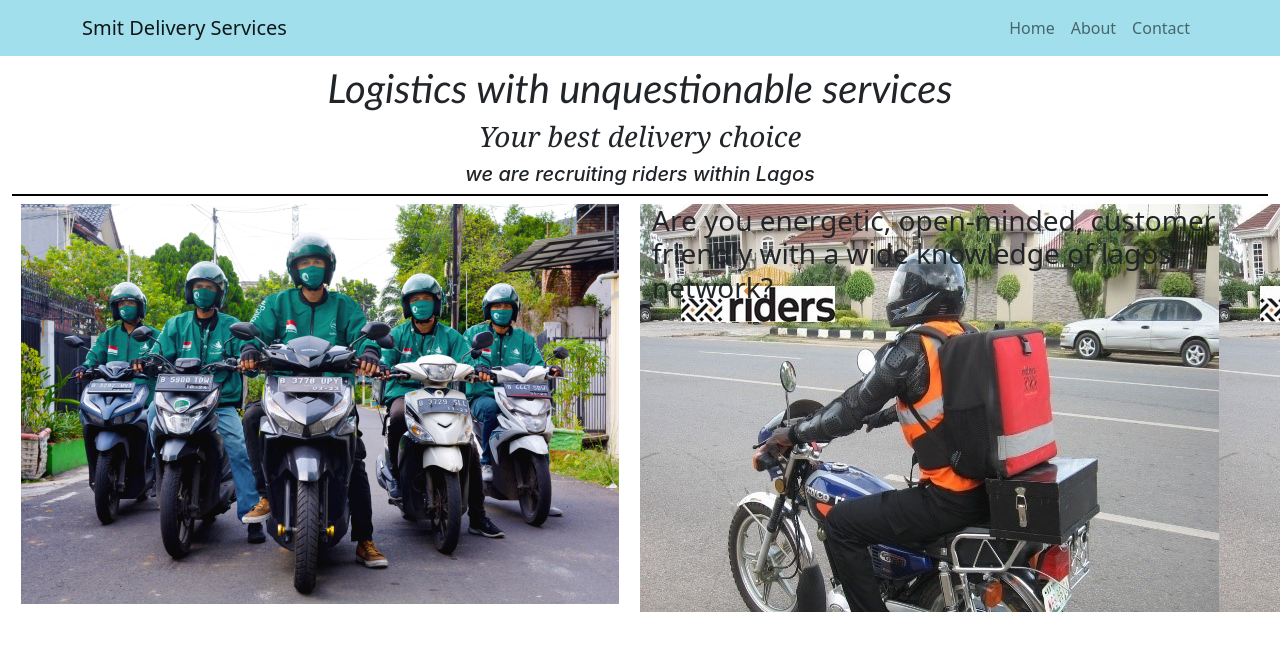
Repository: smit1298/logistic
Page: /
These files come from the project's save history. The page is drawn as it stood at one moment and after a run of saves; the edit follows.
The browser window is 1280 px wide. The pictures show the whole page.
The project was rebuilt for these pictures with package versions that can differ from the ones it lists, and the page was loaded fresh each time.

Above is the page before, as saved 2021-10-04 08:40:34.

After the next 2 saves:
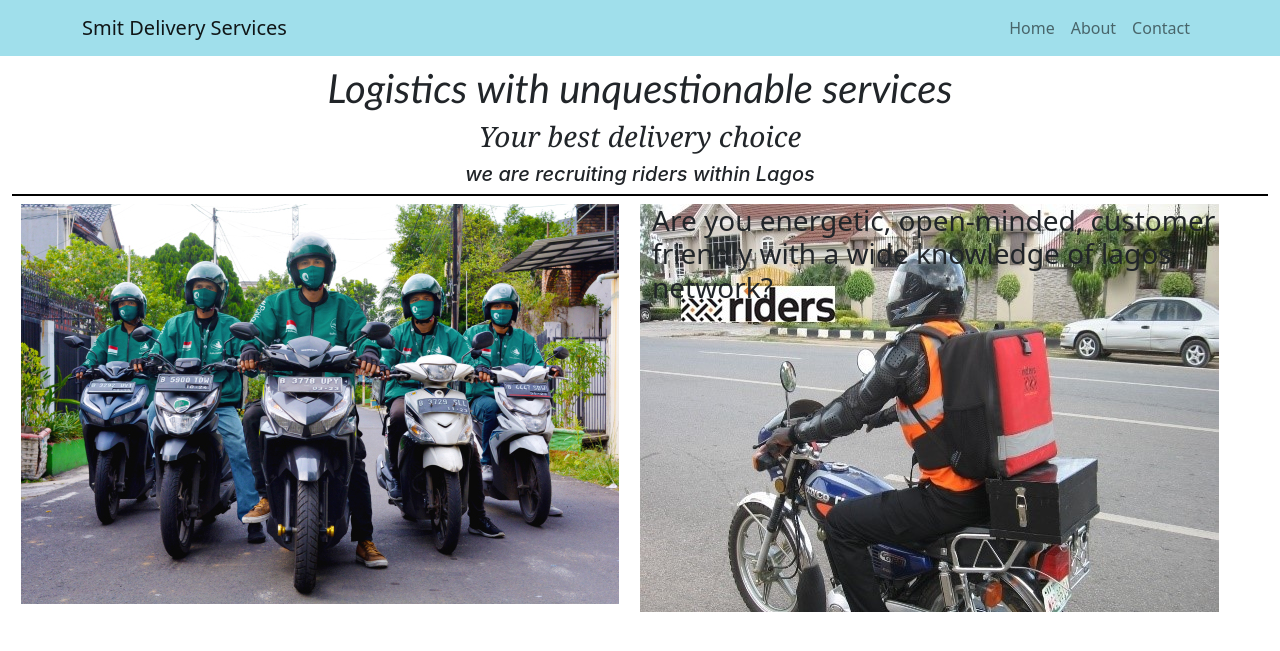
The 2 saves are shown as one change because they came seconds apart.
The last was saved 46 s later.
--- a/src/components/recruit/RecruitForm.css
+++ b/src/components/recruit/RecruitForm.css
@@ -8,7 +8,6 @@ html {
     border-bottom: 2px solid black;
   height: 100% !important;
   background-position: center;
-  background-repeat: no-repeat;
   background-size: cover;
   /* border: 1px solid black; */
   /* border-radius: 10px; */
@@ -29,4 +28,6 @@ font-style: italic !important;
 
 #vaccancy{
   background-image: url("../images/rider.jpg");
+  background-repeat: no-repeat;
+
 }
